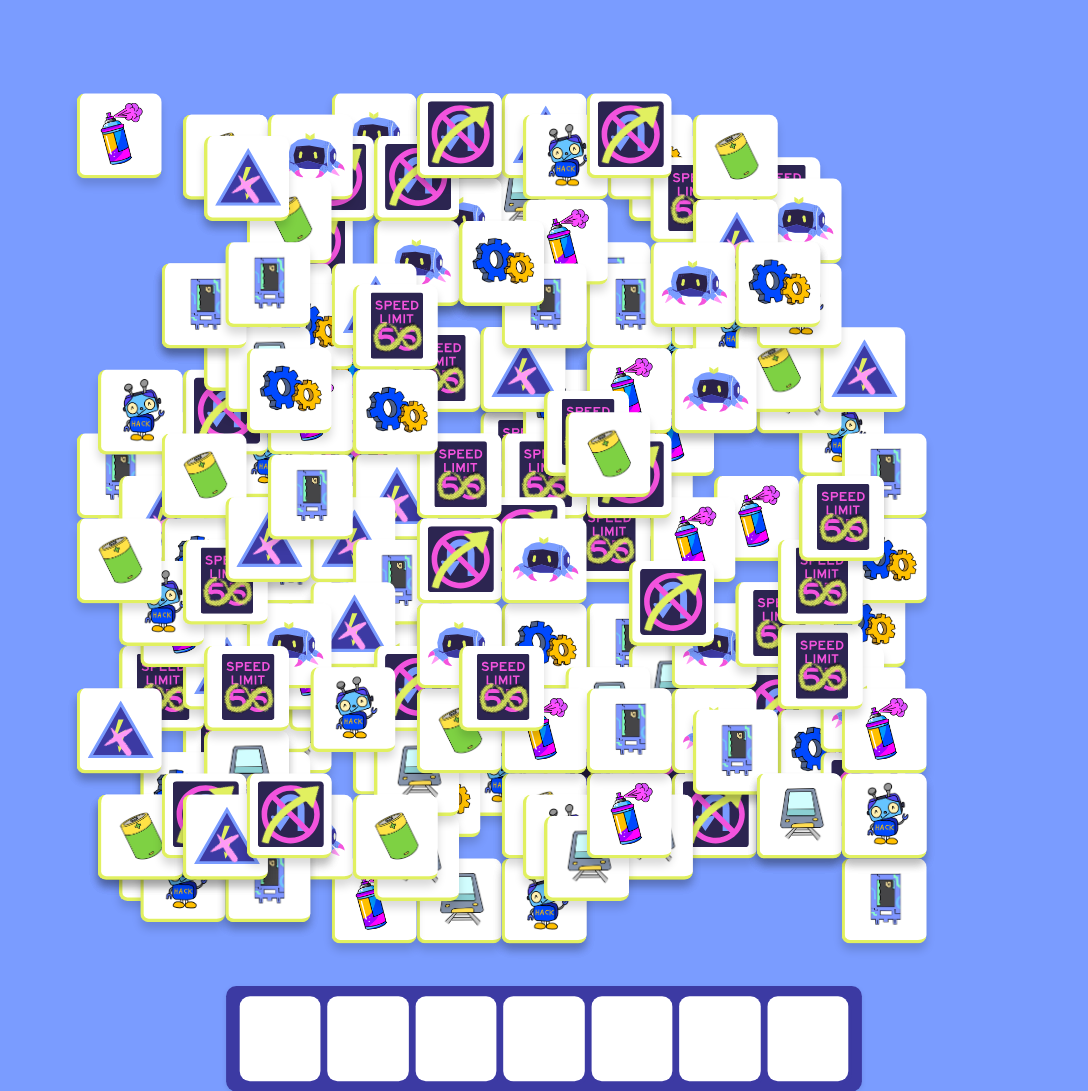
Repository: Avril-Cui/hack-puzzle
Page: / (app in client/)
These files come from the project's save history. The page is drawn as it stood at one moment and after a run of saves; the edit follows.
The browser window is 1280 px wide. The pictures show the whole page, at 85% of full size.
The project was rebuilt for these pictures with package versions that can differ from the ones it lists, and the page was loaded fresh each time. The framework's server and built-in components were replaced by stand-ins that run in the browser. Also part of the build but not shown: client/next.config.ts.

Above is the page before, as saved 2025-06-11 20:04:53.

After the next 2 saves:
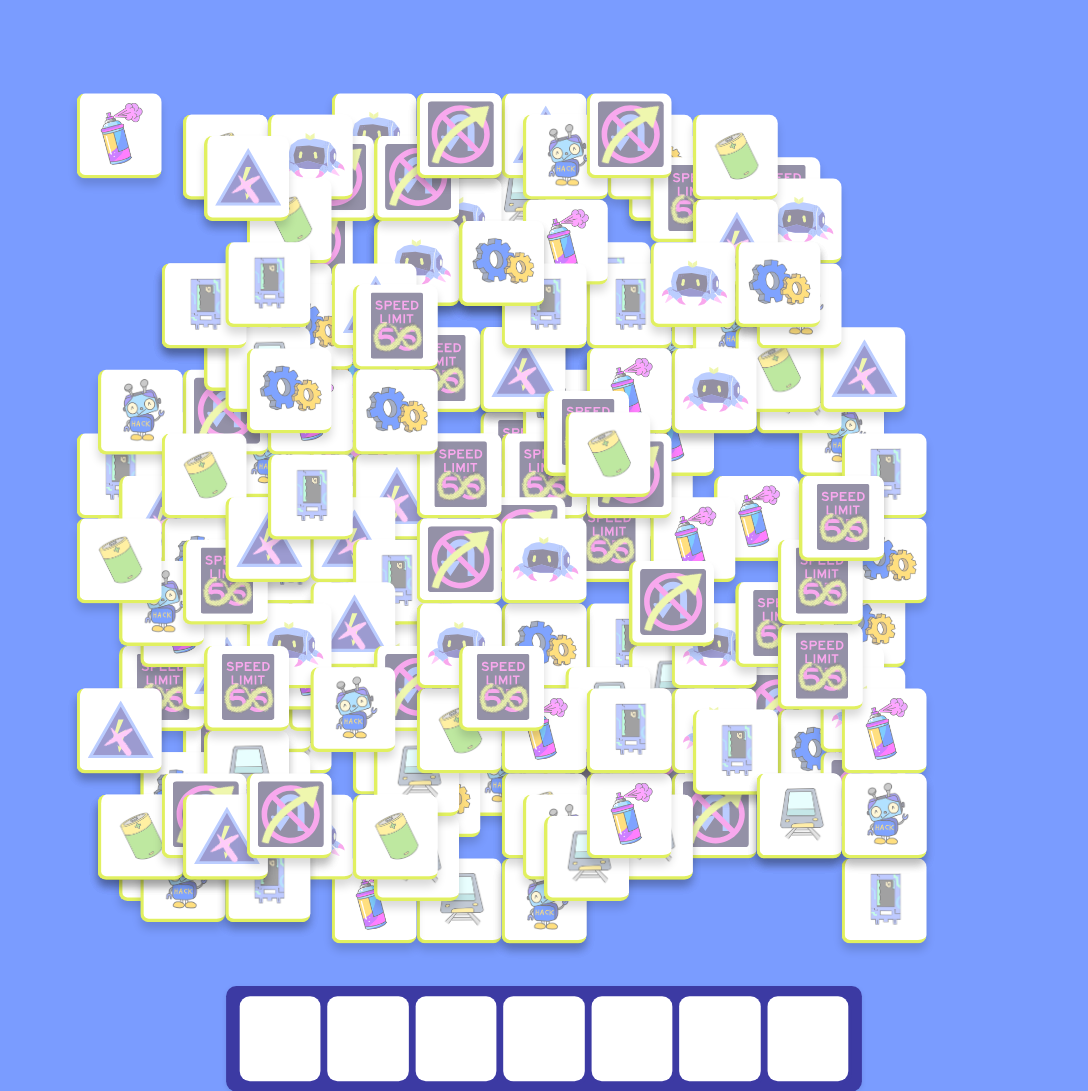
The 2 saves are shown as one change because they came seconds apart.
The last was saved 19 s later.
--- a/client/components/Game.tsx
+++ b/client/components/Game.tsx
@@ -79,7 +79,7 @@
                 src={getIconPath(tile.iconName)}
                 alt={tile.iconName}
                 className={styles.tileInner}
-                style={{ opacity: tile.status < 2 ? 1 : 0 }}
+                style={{ opacity: 0.5 }}
               />
             </div>
           </div>

After the save that followed:
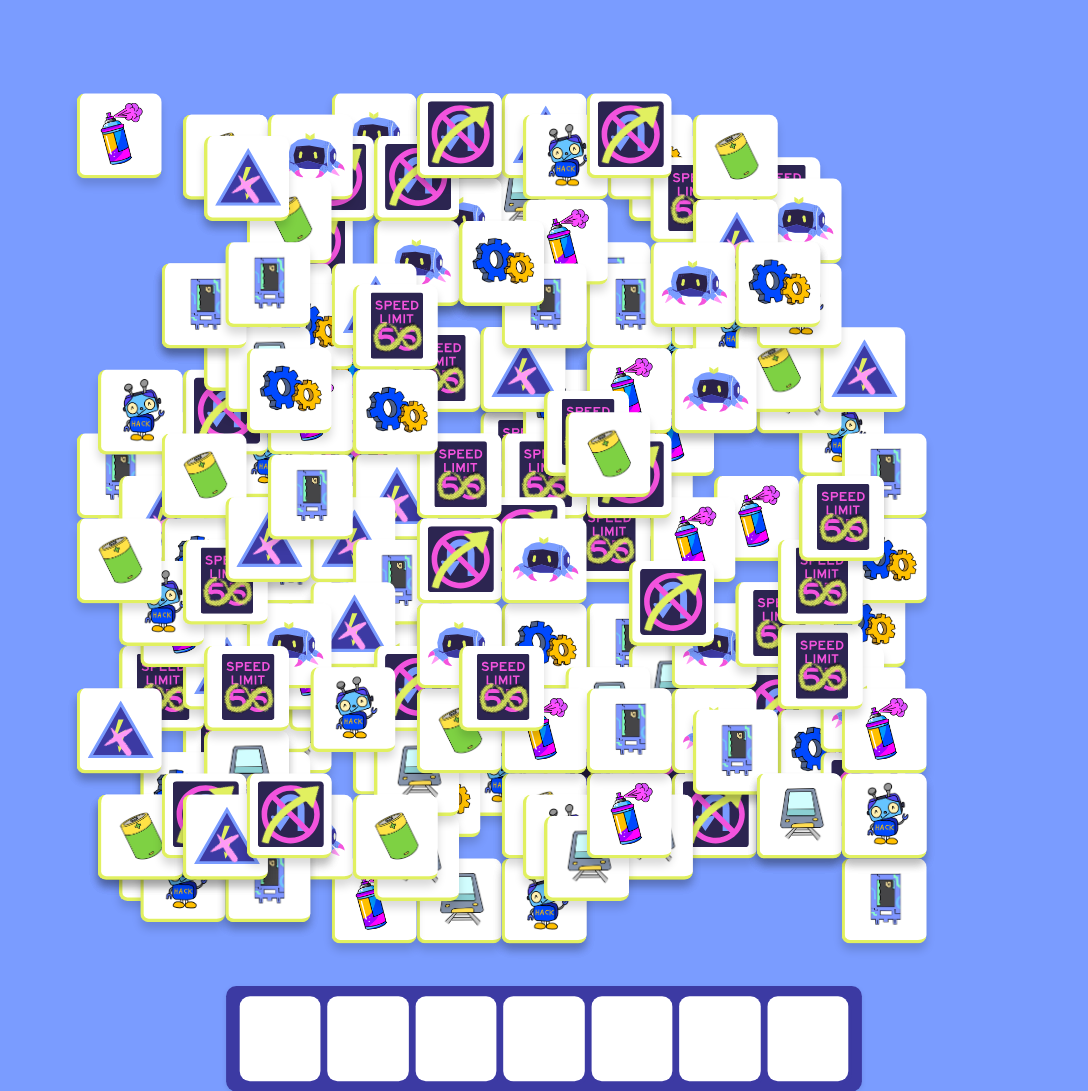
Saved 12 s later.
--- a/client/components/Game.tsx
+++ b/client/components/Game.tsx
@@ -79,7 +79,7 @@
                 src={getIconPath(tile.iconName)}
                 alt={tile.iconName}
                 className={styles.tileInner}
-                style={{ opacity: 0.5 }}
+                style={{ opacity: tile.status < 2 ? 1 : 0 }}
               />
             </div>
           </div>
